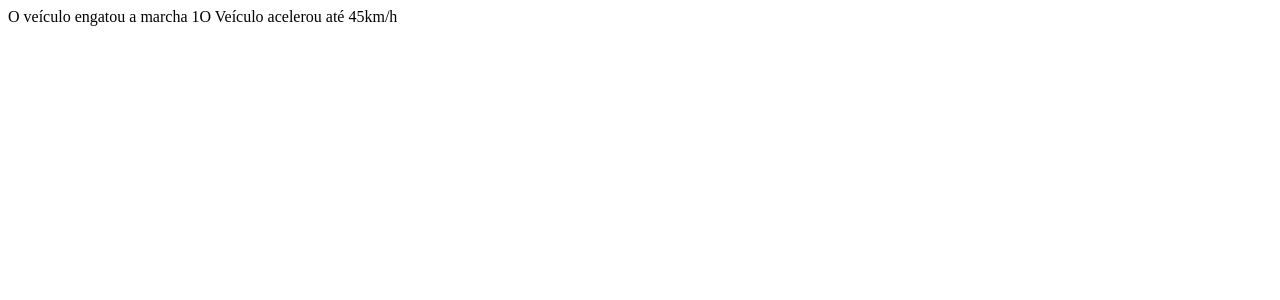
Repository: JeffersonDomingos/estudoPHP
Page: http://localhost/Veiculo.php
These files come from the project's save history. The page is drawn as it stood at one moment and after the next save; the edit follows.
The browser window is 1280 px wide. The pictures show the whole page.
The page is run by PHP 8.4 with error messages shown; the project is at /var/www/html/.

Above is the page before, as saved 2024-02-21 23:07:00.

After the next save:
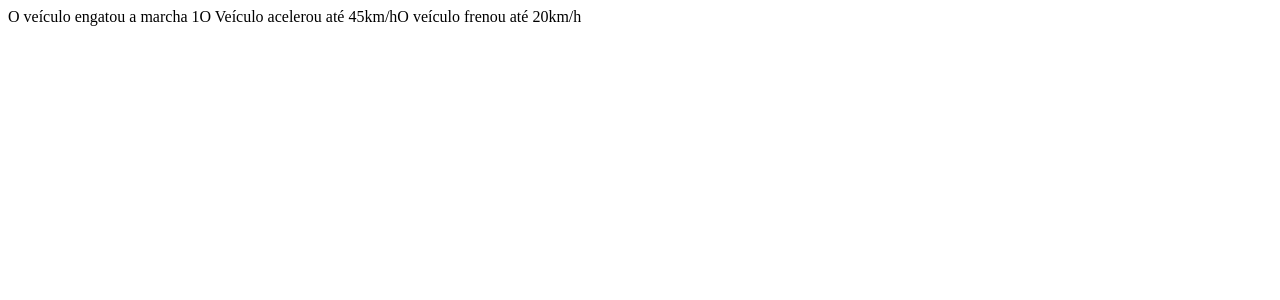
Saved 20 s later.
--- a/listaExercicio/interfaces/Veiculo.php
+++ b/listaExercicio/interfaces/Veiculo.php
@@ -36,5 +36,6 @@ class Civic implements Veiculo {
 $carro = new Civic();
 $carro->trocarMarcha(1);
 $carro->acelerar(45);
+$carro->frenar(20);
 
 ?>
